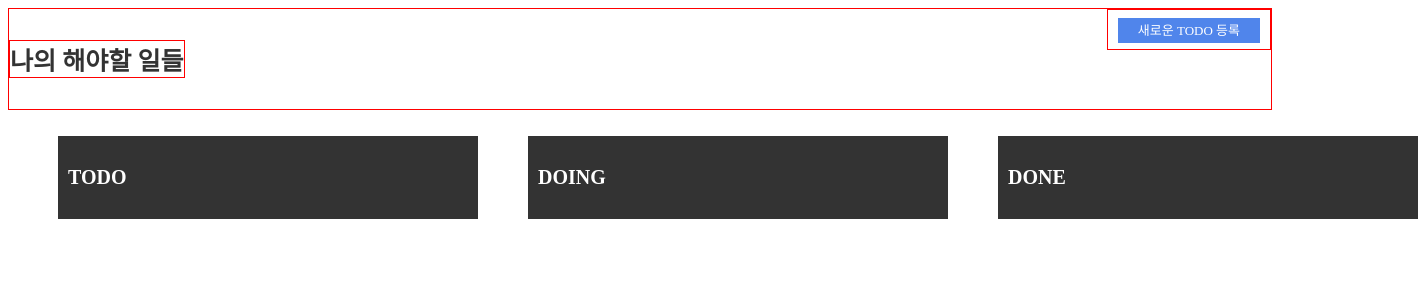
Repository: estellechoi/jsp-project-todo
Page: http://localhost/todo/MainServlet
These files come from the project's save history. The page is drawn as it stood at one moment and after the next save; the edit follows.
The browser window is 1280 px wide. The page is 1418 px wide, so the pictures cover 1418 px, including what lies to the right of the window. The pictures show the whole page.
The page is served by Tomcat 9. Other server files are loaded and not shown. Queries for data that is not in the repository find no rows.

Above is the page before, as saved 2019-12-08 08:12:45.

### todo/src/main/webapp/jsp/main.jsp
<%@page import="kr.co.todo.dto.TodoDto"%>
<%@page import="java.util.List"%>
<%@ page language="java" contentType="text/html; charset=UTF-8"
    pageEncoding="UTF-8"%>
<%@ taglib prefix="c" uri="http://java.sun.com/jsp/jstl/core" %>

<!DOCTYPE html>
<html>
<head>
<meta charset="UTF-8">
<title>나의 해야할 일들</title>
<style>
	section {
		display: flex;
	}

	ul {
		margin-left: 10px;
	}

	li {
		list-style-type: none;
		margin-top: 10px;
	}

	header {
  		height: 100px;
/*  		padding: 20px 20px 20px 20px; */
		border: 1px solid red;
	}

	#header_logo {
		color: #333333;
		font-weight: bold;
		font-size: 25px;
		float: left;
		border: 1px solid red;
		position: relative;
		top: 50%;
		transform: translateY(-50%);
	}

	#header_btns {
		float: right;
		padding: 10px;
		border: 1px solid red;
	}

	#header_btns > #btn_skyblue_white {
		background: #5085EB;
		color: white;
		padding: 5px 20px;
		text-decoration: none;
		font-size: 13px;
	}

	.type_columns {
		width: 400px;
		padding: 30px 10px;
		background: #333333;
		color: white;
		font-size: 20px;
		font-weight: bold;
	}

	.content_list {
		position: relative;
		width: 400px;
		padding: 20px 10px;
		background: #d2d2d2;
		color: #333333;
	}

	.title {
		font-weight: bold;
		letter-spacing: 2px;
	}

	.content {
		font-size: 13px;
		margin-top: 20px;
	}
	.btn_update {
		position: absolute;
		top: 50px;
		left: 370px;
		text-decoration: none;
		color: #333333;
		font-weight: bold;
	}
	.btn_delete {
		position: absolute;
		top: 50px;
		left: 370px;
		text-decoration: none;
		color: #ED6653;
		font-weight: bold;
	}

</style>
</head>
<body>
	<header>
		<div id="header_logo">나의 해야할 일들</div>
		<nav id="header_btns">
			<a id="btn_skyblue_white" href="TodoFormServlet">새로운 TODO 등록</a>
		</nav>
	</header>
	<!-- section 시작  -->
	<section>
		<!-- TODO -->
		<ul id="todo">
			<li class="type_columns">TODO</li>
			<c:forEach items="${requestScope.getTodos}" var="todoDto">
				<!-- todoDto.type 이 'TODO' 인 것만 출력 -->
				<c:if test="${todoDto.type eq 'TODO'}">
					<li class="content_list" id="${todoDto.id}">
						<span class="title">${todoDto.title}</span> <br />
						<span class="content">등록날짜 : ${todoDto.regDate}, ${todoDto.name}, 우선순위 ${todoDto.sequence}</span>
						<a class="btn_update" href="javascript:updateType('${todoDto.id}', '${todoDto.type}')">변경</a>
					</li>
				</c:if>
			</c:forEach>
		</ul>
		<!-- DOING -->
		<ul id="doing">
			<li class="type_columns">DOING</li>
			<c:forEach items="${requestScope.getTodos}" var="todoDto">
				<!-- 'DOING' 인 것만 출력 -->
				<c:if test="${todoDto.type eq 'DOING'}">
					<li class="content_list" id="${todoDto.id}">
						<span class="title">${todoDto.title}</span> <br />
						<span class="content">등록날짜 : ${todoDto.regDate}, ${todoDto.name}, 우선순위 ${todoDto.sequence}</span>
						<a class="btn_update" href="javascript:updateType('${todoDto.id}', '${todoDto.type}')">완료</a>
					</li>
				</c:if>
			</c:forEach>
		</ul>
		<!-- DONE -->
		<ul id="done">
			<li class="type_columns">DONE</li>
			<c:forEach items="${requestScope.getTodos}" var="todoDto">
				<!-- 'DONE' 인 것만 -->
				<c:if test="${todoDto.type eq 'DONE'}">
					<li class="content_list" id="${todoDto.id}">
						<span class="title">${todoDto.title}</span> <br />
						<span class="content">등록날짜 : ${todoDto.regDate}, ${todoDto.name}, 우선순위 ${todoDto.sequence}</span>
						<a class="btn_delete" href="javascript:updateType('${todoDto.id}', '${todoDto.type}')">지우기</a>
					</li>
				</c:if>
			</c:forEach>
		</ul>
	</section>
	<!-- js 경로를 찾을 때 ContextPath 넣지 않는 방법은 ? -->
	<script type="text/javascript" src="<%=request.getContextPath()%>/etc/updatelist.js"></script>
</body>
</html>

### todo/src/main/java/kr/co/todo/servlet/MainServlet.java
package kr.co.todo.servlet;

import java.io.IOException;
import java.sql.SQLException;
import java.util.List;

import javax.servlet.RequestDispatcher;
import javax.servlet.ServletException;
import javax.servlet.annotation.WebServlet;
import javax.servlet.http.HttpServlet;
import javax.servlet.http.HttpServletRequest;
import javax.servlet.http.HttpServletResponse;

import kr.co.todo.dao.TodoDao;
import kr.co.todo.dto.TodoDto;

@WebServlet("/MainServlet")
public class MainServlet extends HttpServlet {
	private static final long serialVersionUID = 1L;

	public MainServlet() {
		super();

	}

	protected void doGet(HttpServletRequest request, HttpServletResponse response)
			throws ServletException, IOException {

		TodoDao todoDao = new TodoDao();

		// 모든 레코드 조회
		List<TodoDto> list = todoDao.getTodos();
		request.setAttribute("getTodos", list);

		// main.jsp 로 포워드 하기
		RequestDispatcher requestDispatcher = request.getRequestDispatcher("/jsp/main.jsp");
		requestDispatcher.forward(request, response);

	}

}

### todo/src/main/java/kr/co/todo/dao/TodoDao.java
package kr.co.todo.dao;

import java.sql.Connection;
import java.sql.DriverManager;
import java.sql.PreparedStatement;
import java.sql.ResultSet;
import java.sql.SQLException;
import java.sql.Statement;
import java.util.ArrayList;
import java.util.List;

import kr.co.todo.dto.TodoDto;

public class TodoDao {

	String dbUrl = "jdbc:mysql://localhost:3306/youjin?useSSL=false&serverTimezone=UTC&autoReconnection=true";
	String dbUser = "estellechoi";
	String dbPwd = "yk0425";

	// Main.jsp 에 표시될 전체 toto 목록
	public List<TodoDto> getTodos() {

		// 드라이버 로드
		try {
			Class.forName("com.mysql.cj.jdbc.Driver");
		} catch (ClassNotFoundException e) {
			e.printStackTrace();
		}

		List<TodoDto> list = new ArrayList<TodoDto>();

		String sql = "select id, name, regdate, sequence, title, type from todo";

		try (Connection conn = DriverManager.getConnection(dbUrl, dbUser, dbPwd);
				Statement stmt = conn.createStatement()){

			try (ResultSet rs = stmt.executeQuery(sql)) {
				while (rs.next()) {
					TodoDto todoDto = new TodoDto(rs.getInt("id"), rs.getString("name"), rs.getString("regdate"), rs.getInt("sequence"), rs.getString("title"), rs.getString("type"));
					list.add(todoDto);
				}
			}
			catch (Exception e) {
				e.printStackTrace();
			}
		}
		catch (Exception e) {
			e.printStackTrace();
		}

		return list;
	}

	// 할 일 등록
	public int addTodo(TodoDto todoDto) {

		try {
			Class.forName("com.mysql.cj.jdbc.Driver");
		} catch (ClassNotFoundException e) {
			e.printStackTrace();
		}

		int insertCount = 0;
		String sql = "insert into todo(title, name, sequence, regdate) values(?,?,?, now())";

		try (Connection conn = DriverManager.getConnection(dbUrl, dbUser, dbPwd);
			PreparedStatement pstmt = conn.prepareStatement(sql)) {
				pstmt.setString(1, todoDto.getTitle());
				pstmt.setString(2, todoDto.getName());
				pstmt.setInt(3, todoDto.getSequence());
				insertCount = pstmt.executeUpdate(); // CREATE / DROP 관련 구문에서는 -1 을 반환
		}
		// what about nullpointerexception ?
		catch (SQLException e) {
			e.printStackTrace();
		}

		return insertCount;
	}

	public int updateTodo(TodoDto todoDto) {

		try {
			Class.forName("com.mysql.cj.jdbc.Driver");
		} catch (ClassNotFoundException e) {
			e.printStackTrace();
		}

		int updateCount = 0;
		String sql = "update todo set type = ? where id = ?";

		try (Connection conn = DriverManager.getConnection(dbUrl, dbUser, dbPwd);
				PreparedStatement pstmt = conn.prepareStatement(sql)){
			pstmt.setString(1, todoDto.getType());
			pstmt.setLong(2, todoDto.getId());
			updateCount = pstmt.executeUpdate();
		} catch (SQLException e) {
			e.printStackTrace();
		}

		return updateCount;
	}

	public int deleteTodo(long id) {
		try {
			Class.forName("com.mysql.cj.jdbc.Driver");
		} catch (ClassNotFoundException e) {
			e.printStackTrace();
		}

		int deleteCount =0;
		String sql = "delete from todo where id = " + id;

		try (Connection conn = DriverManager.getConnection(dbUrl, dbUser, dbPwd);
				Statement stmt = conn.createStatement()){
			deleteCount = stmt.executeUpdate(sql);
		}
		catch (SQLException e) {
			e.printStackTrace();
		}

		return deleteCount;
	}
}

### todo/src/main/webapp/etc/updatelist.js
/**
 *
 */

	function updateType(id, type) {

		var oReq = new XMLHttpRequest(); // oReq.UNSENT == 0

		// 이벤트 리스너 콜백함수 등록
		/*
		oReq.addEventListener("load", function() {
			if (this.responseText == "success") {
				// 프론트 처리
			}
		});
		*/

		// onreadystatechange 대신에 onload를 사용해도 됩니다. 요청 완료만 잡아내도 된다면요.
		oReq.onreadystatechange = function() {
			if (oReq.readyState == oReq.DONE) { // 요청이 완료되면 (oReq.DONE == 4)
				if (oReq.status == 200 || oReq.status == 201) {
					if (oReq.responseText == "success") {
						// responseText : 현재까지 읽은 응답의 전체 값을 반환
						// 프론트 처리
						alert(oReq.responseText);
						// 리스트 재정렬 함수 호출
						updateList(id, type);
					}
				}
				else {
					console.error(this.responseText);
				}
			}
		}

		oReq.open("GET", "TodoTypeServlet?id=" + id + "&type=" + type); // oReq.OPENED == 1
		oReq.send(); // oReq.HEADERS_RECEIVED (2) -> LOADING (3) -> DONE (4)
	}

	function updateList(id, type) {
		const targetList = document.getElementById(id);

		switch(type) {
		case "TODO" :
			document.querySelector("#todo").removeChild(targetList);
			document.querySelector("#doing").append(targetList);
			break;
		case "DOING" :
			document.querySelector("#doing").removeChild(targetList);
			document.querySelector("#done").append(targetList);
			break;
		case "DONE" :
			document.querySelector("#done").removeChild(targetList);
			break;
		default:
			break;

		}
	}

After the next save:
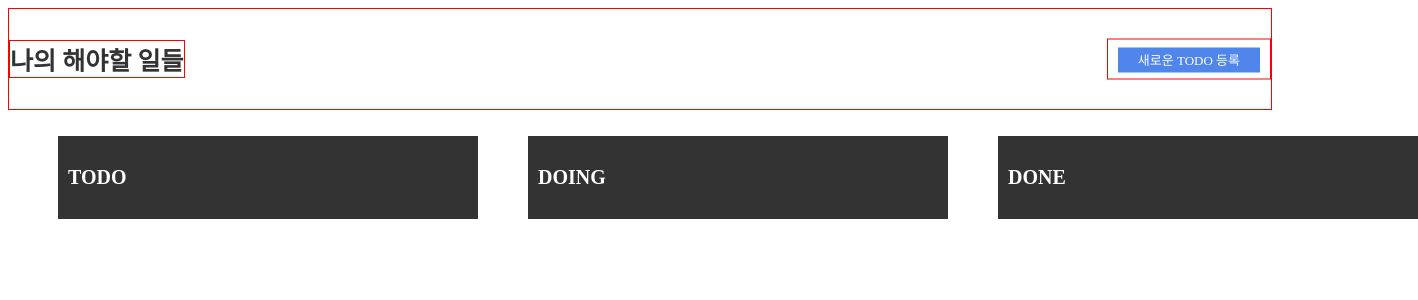
Saved 19 s later.
--- a/todo/src/main/webapp/jsp/main.jsp
+++ b/todo/src/main/webapp/jsp/main.jsp
@@ -44,6 +44,9 @@
 		float: right;
 		padding: 10px;
 		border: 1px solid red;
+		position: relative;
+		top: 50%;
+		transform: translateY(-50%);
 	}
 
 	#header_btns > #btn_skyblue_white {
